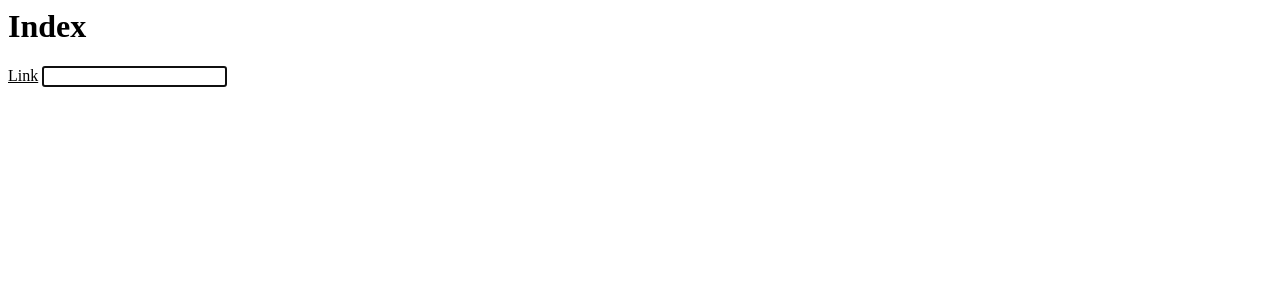
Repository: revolver67/samurai_HTML-CSS
Page: fuga.html
The author's editor kept a record of every edit. The page is drawn from the files as they stood at one moment, then again after the next edit.
The browser window is 1280 px wide. The pictures show the whole page.
The first visible `input` has the focus.

Above is the page before.

After the next edit:
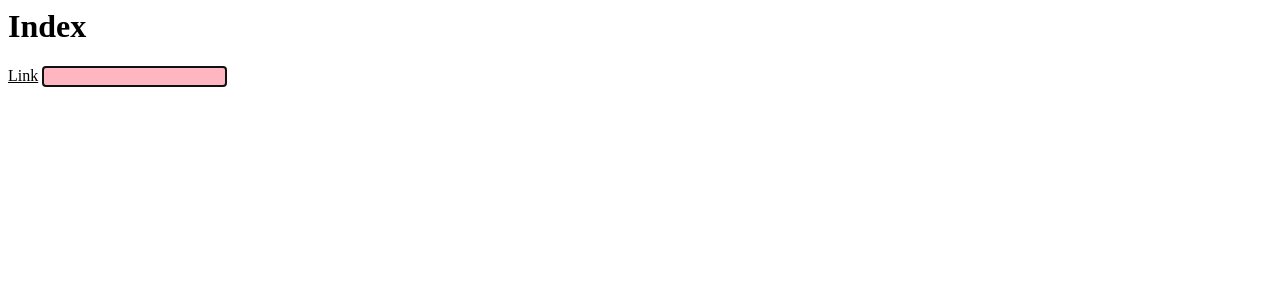
The edit:
--- a/fuga.html
+++ b/fuga.html
@@ -8,6 +8,10 @@
             a:visited {
                 color: red;
             }
+            input:focus {
+                background-color: lightpink;
+                color: red;
+            }
         </style>
     </head>
     <body>
